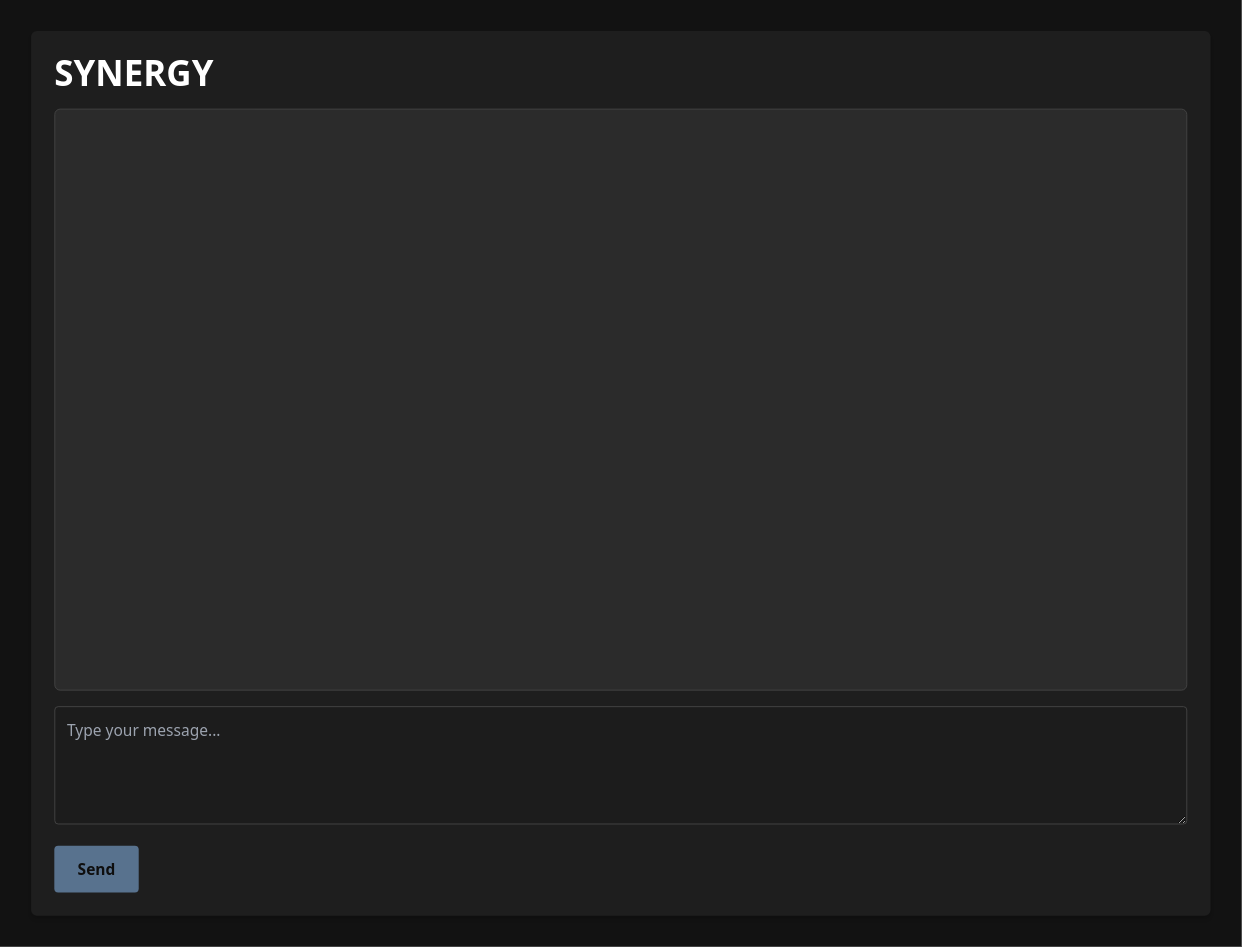
Repository: Theanh0410/Pre-thesis
Page: / (app in LLM/client/)
These files come from the project's save history. The page is drawn as it stood at one moment and after the next save; the edit follows.
The browser window is 1280 px wide. The pictures show the whole page, at 97% of full size.
The project was rebuilt for these pictures with package versions that can differ from the ones it lists, and the page was loaded fresh each time. The framework's server and built-in components were replaced by stand-ins that run in the browser. Also part of the build but not shown: LLM/client/next.config.js, LLM/client/next.config.mjs.

Above is the page before, as saved 2025-04-16 18:04:36.

After the next save:
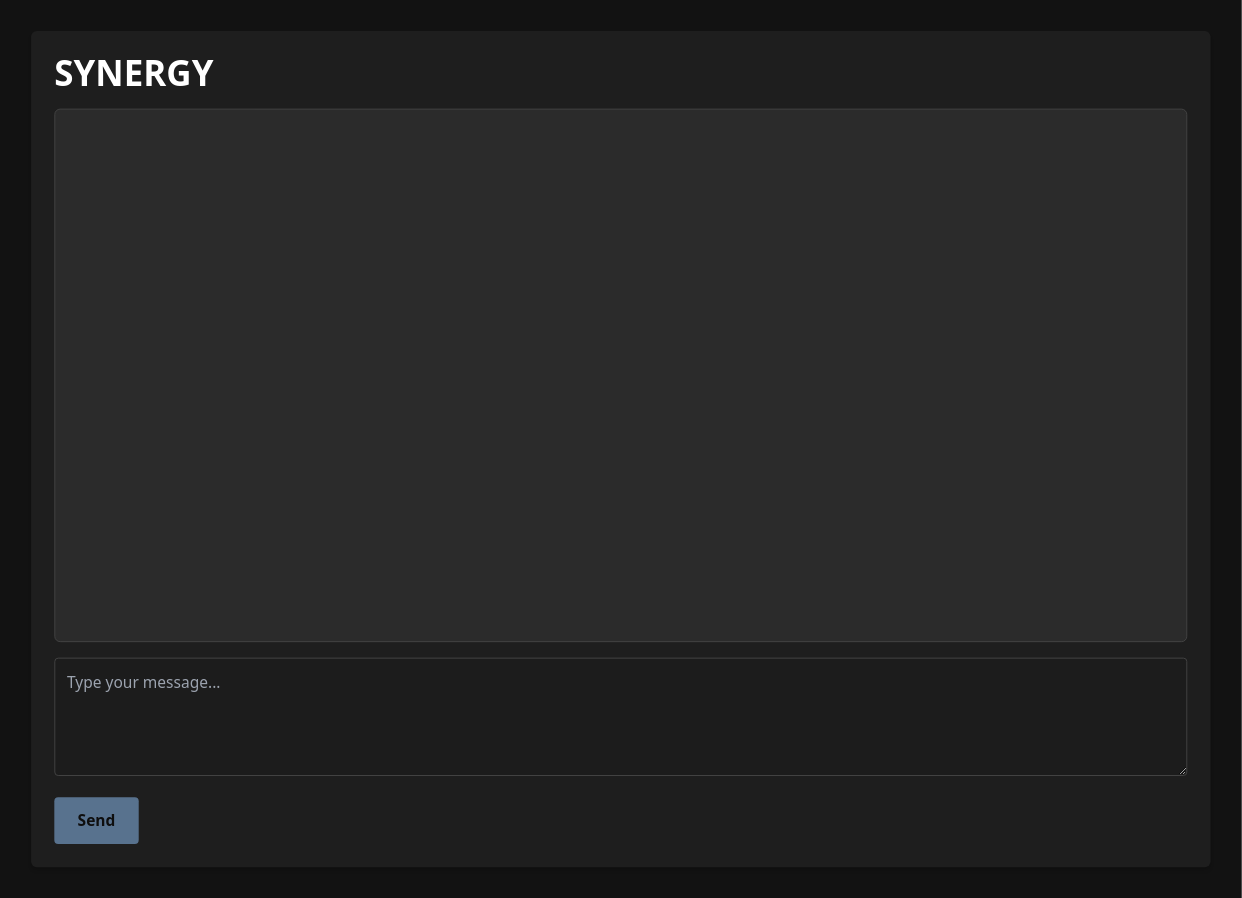
Saved 7 s later.
--- a/LLM/client/pages/index.js
+++ b/LLM/client/pages/index.js
@@ -55,7 +55,7 @@ export default function ChatApp() {
       <div className="max-w-[1300px] mx-auto bg-[#1e1e1e] p-6 rounded-md shadow-md">
         <h1 className="text-4xl text-white mb-4 font-semibold">SYNERGY</h1>
 
-        <div className="h-[600px] overflow-y-auto bg-[#2b2b2b] border border-[#444] rounded-md p-4 mb-4">
+        <div className="h-[550px] overflow-y-auto bg-[#2b2b2b] border border-[#444] rounded-md p-4 mb-4">
           {messages.map((msg, idx) => (
             <div
               key={idx}
